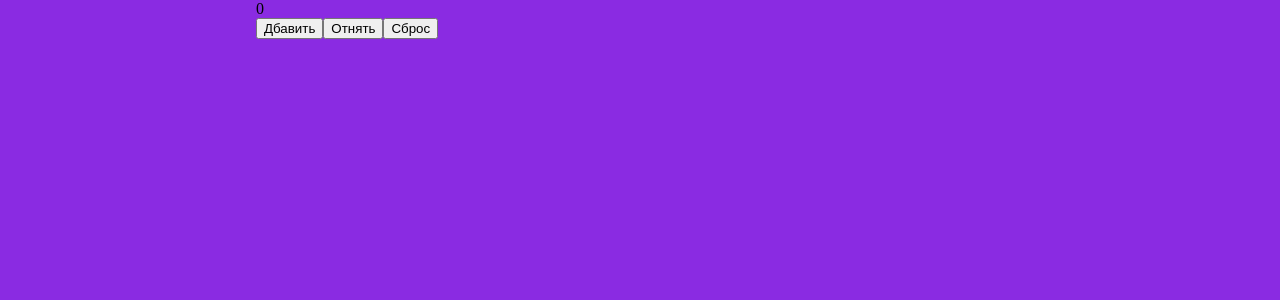
Repository: Denzoll/redux-toolkit-counter
Page: /
An editor plug-in stored every save of this project. The page is shown before and after the next save, followed by the edit.
The browser window is 1280 px wide. The pictures show the whole page.
The project was rebuilt for these pictures with package versions that can differ from the ones it lists, and the page was loaded fresh each time. Also part of the build but not shown: src/index.css.

Above is the page before, as saved 2022-06-27 13:27:09.

After the next save:
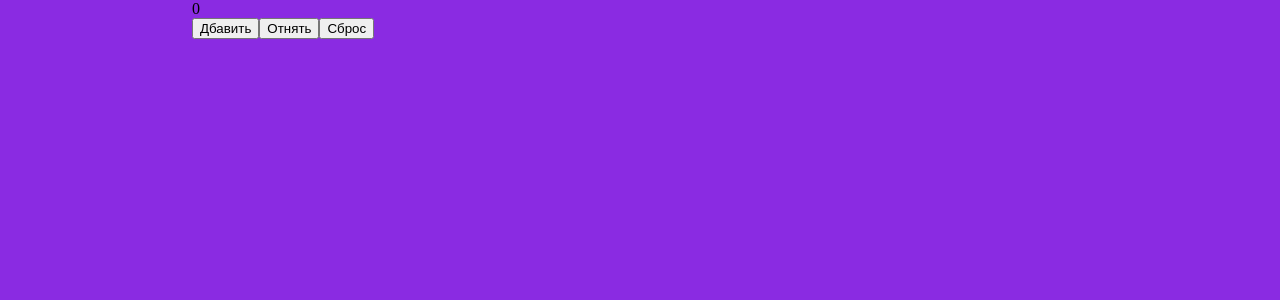
Saved 5 s later.
--- a/src/App.css
+++ b/src/App.css
@@ -1,7 +1,7 @@
 body {
   background-color: blueviolet;
   margin:0 auto;
-  width: 60%;
+  width: 70%;
 }
 .cont {
 
